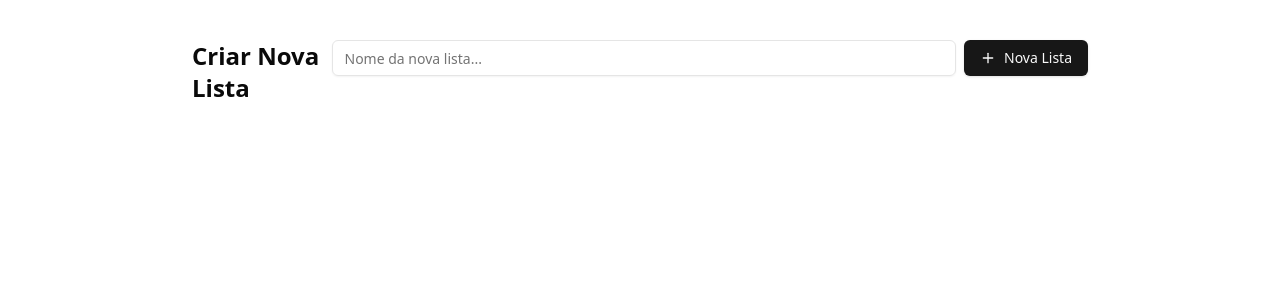
Repository: ribeirosacarlos/ts-frontend
Page: /
The author's editor kept a copy of each file at every save. The page is drawn from the files as they stood at one save, then again after the next save.
The browser window is 1280 px wide. The pictures show the whole page.
The page's requests for data from a server got no answer. The project was rebuilt for these pictures with package versions that can differ from the ones it lists, and the page was loaded fresh each time. No one was signed in, and anything a server would have sent is missing. Also part of the build but not shown: vite.config.ts, src/components/ui/checkbox.tsx, src/components/ui/card.tsx.

Above is the page before, as saved 2025-05-15 15:51:09.

### src/App.tsx
import { useEffect, useState } from 'react'
import { Input } from "@/components/ui/input";
import { Button } from "@/components/ui/button";
import { Checkbox } from "@/components/ui/checkbox";
import { Card, CardContent } from "@/components/ui/card";
import { Trash2, Plus } from "lucide-react";

type Task = {
  id: number;
  to_do_list_id: number;
  description: string;
  is_completed: number;
  created_at: string;
  updated_at: string;
}

type TodoList = {
  id: number;
  name: string;
  created_at: string;
  updated_at: string;
  tasks: Task[];
}

function App() {
  const [todoLists, setTodoLists] = useState<TodoList[]>([]);
  const [newTasks, setNewTasks] = useState<{ [key: number]: string }>({});
  const [newListName, setNewListName] = useState("");

  useEffect(() => {
    fetchTodoLists();
  }, []);

  const fetchTodoLists = async () => {
    try {
      const response = await fetch("http://localhost:8080/api/to-do-lists");
      const data = await response.json();
      setTodoLists(data);
    } catch (error) {
      console.error("Erro ao buscar listas:", error);
    }
  };

  const createNewList = async () => {
    if (!newListName.trim()) return;

    try {
      await fetch("http://localhost:8080/api/to-do-lists", {
        method: "POST",
        headers: { "Content-Type": "application/json" },
        body: JSON.stringify({ name: newListName }),
      });
      setNewListName("");
      fetchTodoLists();
    } catch (error) {
      console.error("Erro ao criar lista:", error);
    }
  };

  const deleteList = async (listId: number) => {
    try {
      await fetch(`http://localhost:8080/api/to-do-lists/${listId}`, {
        method: "DELETE",
      });
      fetchTodoLists();
    } catch (error) {
      console.error("Erro ao excluir lista:", error);
    }
  };

  const createTask = async (listId: number) => {
    const taskDescription = newTasks[listId];
    if (!taskDescription?.trim()) return;

    try {
      await fetch("http://localhost:8080/api/tasks", {
        method: "POST",
        headers: { "Content-Type": "application/json" },
        body: JSON.stringify({
          description: taskDescription,
          to_do_list_id: listId
        }),
      });
      setNewTasks(prev => ({ ...prev, [listId]: "" }));
      fetchTodoLists();
    } catch (error) {
      console.error("Erro ao criar tarefa:", error);
    }
  };

  const toggleTask = async (task: Task) => {
    try {
      await fetch(`http://localhost:3333/tasks/${task.id}`, {
        method: "PUT",
        headers: { "Content-Type": "application/json" },
        body: JSON.stringify({
          is_completed: task.is_completed ? 0 : 1,
        }),
      });
      fetchTodoLists();
    } catch (error) {
      console.error("Erro ao atualizar tarefa:", error);
    }
  };

  const deleteTask = async (taskId: number) => {
    try {
      await fetch(`http://localhost:8080/api/tasks/${taskId}`, {
        method: "DELETE",
      });
      fetchTodoLists();
    } catch (error) {
      console.error("Erro ao excluir tarefa:", error);
    }
  };

  return (
    <div className="max-w-4xl mx-auto mt-10 space-y-8">
      <div className="flex gap-2 mb-8">
        <h2 className="text-2xl font-bold">Criar Nova Lista</h2>
        <Input
          placeholder="Nome da nova lista..."
          value={newListName}
          onChange={(e: React.ChangeEvent<HTMLInputElement>) => setNewListName(e.target.value)}
          onKeyDown={(e: React.KeyboardEvent<HTMLInputElement>) => {
            if (e.key === "Enter") createNewList();
          }}
        />
        <Button onClick={createNewList} className="flex items-center gap-2">
          <Plus className="h-4 w-4" />
          Nova Lista
        </Button>
      </div>

      {todoLists.map((list) => (
        <div key={list.id} className="space-y-4">
          <div className="flex items-center justify-between">
            <h2 className="text-2xl font-bold">{list.name}</h2>
            <Button
              variant="ghost"
              size="icon"
              className="h-8 w-8"
              onClick={() => deleteList(list.id)}
            >
              <Trash2 className="h-4 w-4" />
            </Button>
          </div>

          <div className="flex gap-2">
            <Input
              placeholder="Digite uma nova tarefa..."
              value={newTasks[list.id] || ""}
              onChange={(e: React.ChangeEvent<HTMLInputElement>) =>
                setNewTasks(prev => ({ ...prev, [list.id]: e.target.value }))
              }
              onKeyDown={(e: React.KeyboardEvent<HTMLInputElement>) => {
                if (e.key === "Enter") createTask(list.id);
              }}
            />
            <Button onClick={() => createTask(list.id)}>Adicionar</Button>
          </div>

          <div className="space-y-2">
            {list.tasks.map((task) => (
              <Card key={task.id}>
                <CardContent className="flex items-center justify-between p-4">
                  <div className="flex items-center gap-2">
                    <Checkbox
                      checked={task.is_completed === 1}
                      onCheckedChange={() => toggleTask(task)}
                    />
                    <span
                      className={`${
                        task.is_completed === 1 ? "line-through text-gray-400" : ""
                      }`}
                    >
                      {task.description}
                    </span>
                  </div>
                  <Button
                    variant="ghost"
                    size="icon"
                    className="h-8 w-8"
                    onClick={() => deleteTask(task.id)}
                  >
                    <Trash2 className="h-4 w-4" />
                  </Button>
                </CardContent>
              </Card>
            ))}
          </div>
        </div>
      ))}
    </div>
  );
}

export default App

### src/components/ui/input.tsx
import * as React from "react"

import { cn } from "@/lib/utils"

const Input = React.forwardRef<HTMLInputElement, React.ComponentProps<"input">>(
  ({ className, type, ...props }, ref) => {
    return (
      <input
        type={type}
        className={cn(
          "flex h-9 w-full rounded-md border border-input bg-transparent px-3 py-1 text-base shadow-sm transition-colors file:border-0 file:bg-transparent file:text-sm file:font-medium file:text-foreground placeholder:text-muted-foreground focus-visible:outline-none focus-visible:ring-1 focus-visible:ring-ring disabled:cursor-not-allowed disabled:opacity-50 md:text-sm",
          className
        )}
        ref={ref}
        {...props}
      />
    )
  }
)
Input.displayName = "Input"

export { Input }

### src/components/ui/button.tsx
import * as React from "react"
import { Slot } from "@radix-ui/react-slot"
import { cva, type VariantProps } from "class-variance-authority"

import { cn } from "@/lib/utils"

const buttonVariants = cva(
  "inline-flex items-center justify-center gap-2 whitespace-nowrap rounded-md text-sm font-medium transition-colors focus-visible:outline-none focus-visible:ring-1 focus-visible:ring-ring disabled:pointer-events-none disabled:opacity-50 [&_svg]:pointer-events-none [&_svg]:size-4 [&_svg]:shrink-0",
  {
    variants: {
      variant: {
        default:
          "bg-primary text-primary-foreground shadow hover:bg-primary/90",
        destructive:
          "bg-destructive text-destructive-foreground shadow-sm hover:bg-destructive/90",
        outline:
          "border border-input bg-background shadow-sm hover:bg-accent hover:text-accent-foreground",
        secondary:
          "bg-secondary text-secondary-foreground shadow-sm hover:bg-secondary/80",
        ghost: "hover:bg-accent hover:text-accent-foreground",
        link: "text-primary underline-offset-4 hover:underline",
      },
      size: {
        default: "h-9 px-4 py-2",
        sm: "h-8 rounded-md px-3 text-xs",
        lg: "h-10 rounded-md px-8",
        icon: "h-9 w-9",
      },
    },
    defaultVariants: {
      variant: "default",
      size: "default",
    },
  }
)

export interface ButtonProps
  extends React.ButtonHTMLAttributes<HTMLButtonElement>,
    VariantProps<typeof buttonVariants> {
  asChild?: boolean
}

const Button = React.forwardRef<HTMLButtonElement, ButtonProps>(
  ({ className, variant, size, asChild = false, ...props }, ref) => {
    const Comp = asChild ? Slot : "button"
    return (
      <Comp
        className={cn(buttonVariants({ variant, size, className }))}
        ref={ref}
        {...props}
      />
    )
  }
)
Button.displayName = "Button"

export { Button, buttonVariants }

Loaded but not shown: index.html (common file); src/main.tsx (common file); src/index.css (common file); src/lib/utils.ts (common file); tailwind.config.js (common file)

After the next save:
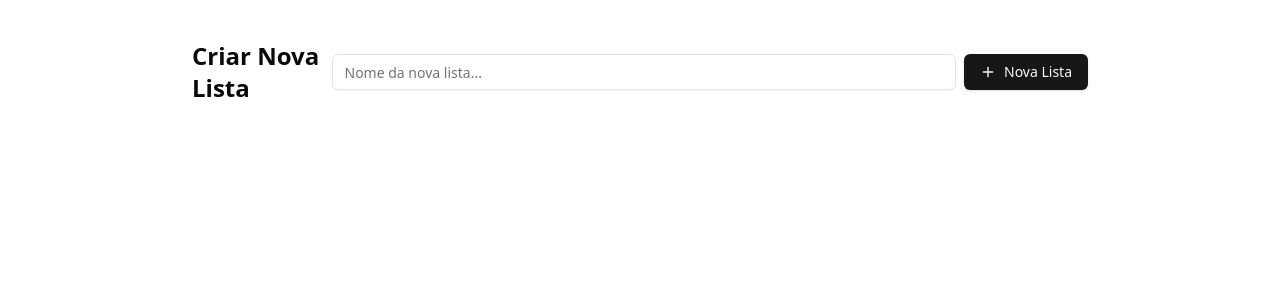
Saved 32 s later.
--- a/src/App.tsx
+++ b/src/App.tsx
@@ -116,7 +116,7 @@ function App() {
 
   return (
     <div className="max-w-4xl mx-auto mt-10 space-y-8">
-      <div className="flex gap-2 mb-8">
+      <div className="flex gap-2 mb-8 items-center justify-between">
         <h2 className="text-2xl font-bold">Criar Nova Lista</h2>
         <Input
           placeholder="Nome da nova lista..."
